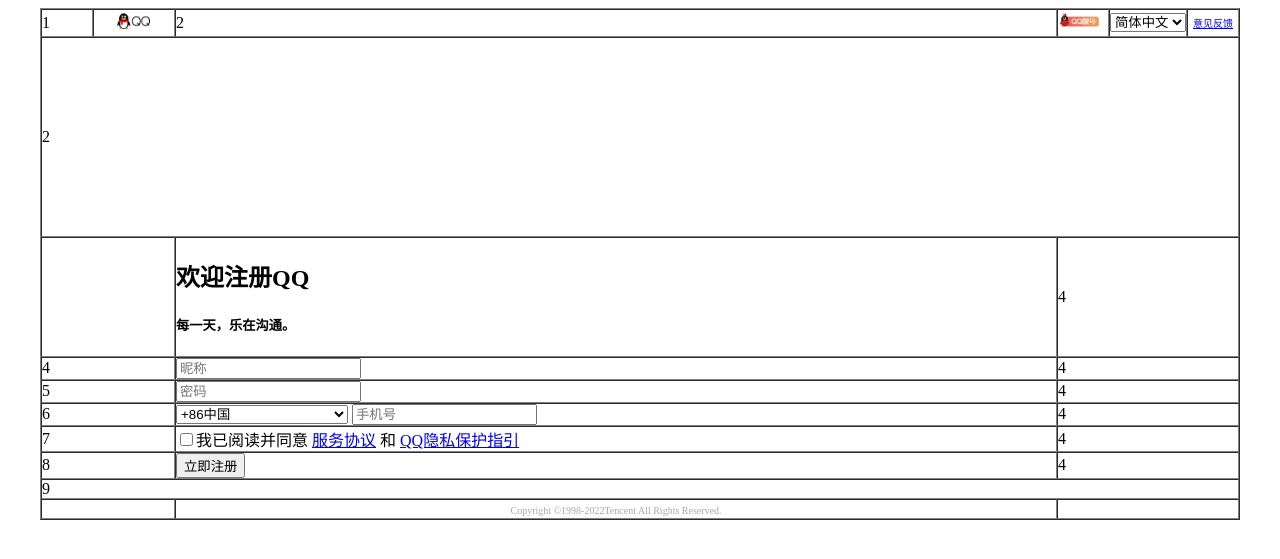
Repository: l897284707/0913
Page: qq注册界面.html
These files come from the project's save history. The page is drawn as it stood at one moment and after the next save; the edit follows.
The browser window is 1280 px wide. The pictures show the whole page.

Above is the page before, as saved 2022-09-13 21:04:01.

After the next save:
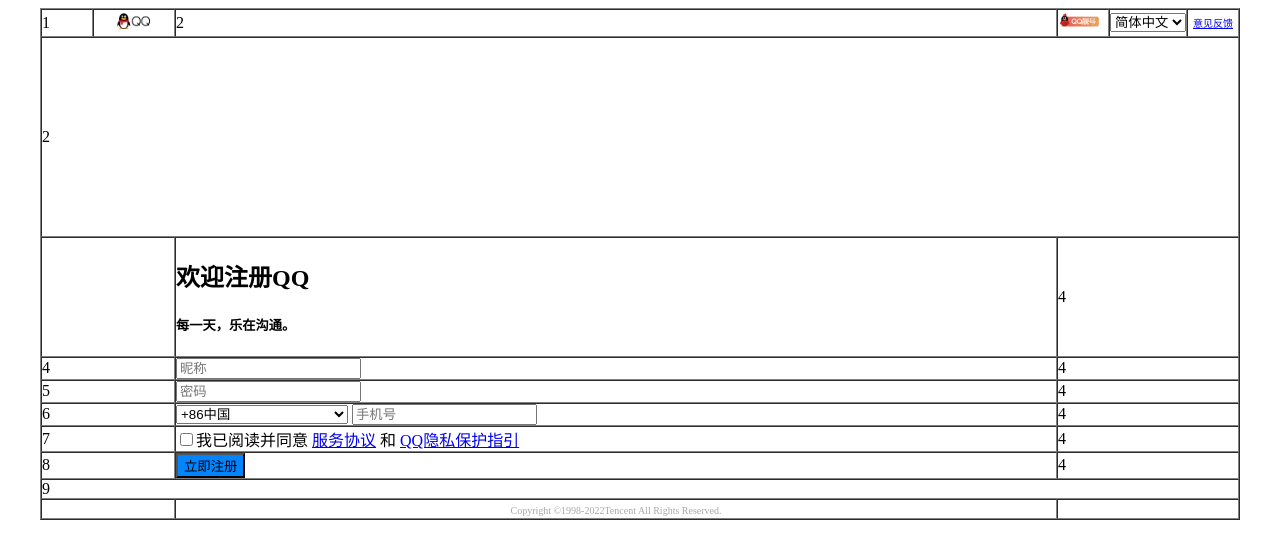
Saved 18 s later.
--- a/qq注册界面.html
+++ b/qq注册界面.html
@@ -87,7 +87,7 @@
         <tr>
             <td colspan="3">8</td>
             <td>
-                <input type="submit" style="background-image: #0085ff ;" value="立即注册">
+                <input type="submit" style="background-color: #0085ff ;" value="立即注册">
             </td>
             <td colspan="4">4</td>
 
